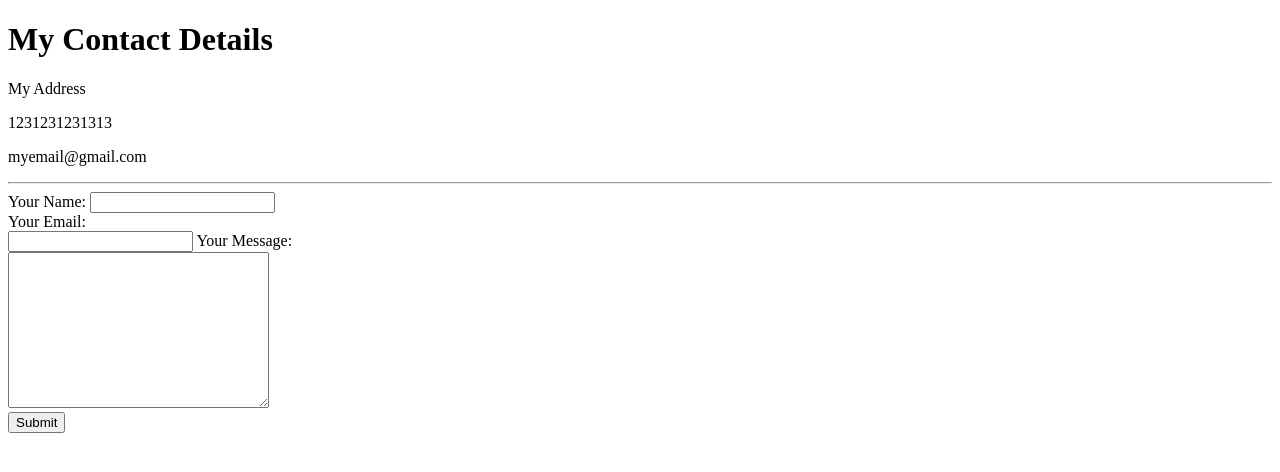
Repository: Isanderr/simple_landing_page-1
Page: contact.html
An editor plug-in stored every save of this project. The page is shown before and after the next save, followed by the edit.
The browser window is 1280 px wide. The pictures show the whole page.

Above is the page before, as saved 2019-01-29 09:49:52.

### contact.html
<!DOCTYPE html>
<html lang="en">

    <head>
        <meta charset="UTF-8">
        <meta name="viewport" content="width=device-width, initial-scale=1.0">
        <meta http-equiv="X-UA-Compatible" content="ie=edge">
        <title>ContactMe</title>
    </head>

    <body>
        <h1>My Contact Details</h1>
        <p>My Address</p>
        <p>1231231231313</p>
        <p>myemail@gmail.com</p>
        <hr>
        <form action="" class="" method="POST">
            <label>Your Name:</label>
            <input type="text"><br>
            <label for="">Your Email:</label><br>
            <input type="email">
            <label for="">Your Message:</label><br>
            <textarea name="" id="" cols="30" rows="10"></textarea><br>
            <input type="submit">
        </form>
    </body>

</html>

After the next save:
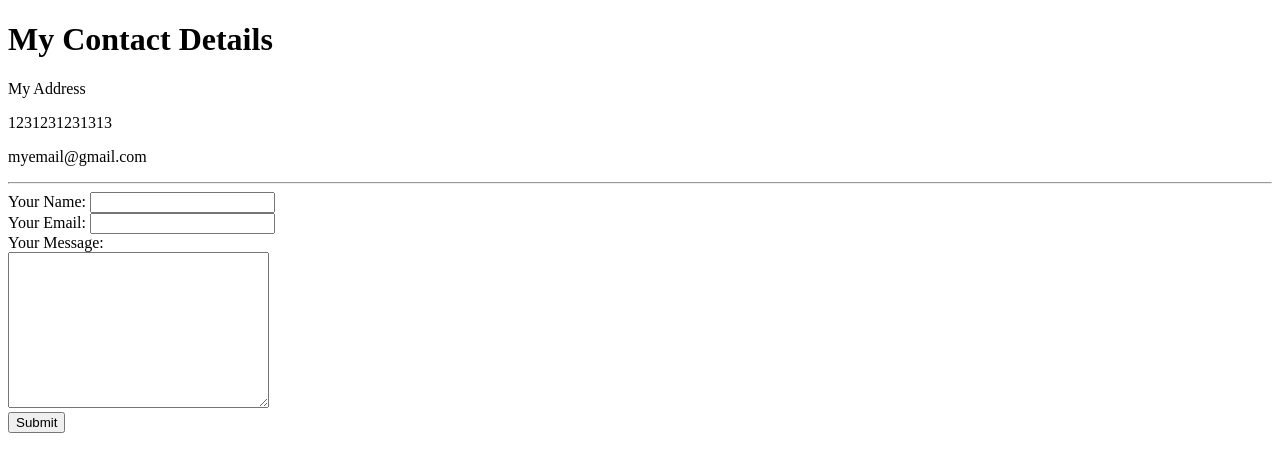
Saved 12 s later.
--- a/contact.html
+++ b/contact.html
@@ -17,8 +17,8 @@
         <form action="" class="" method="POST">
             <label>Your Name:</label>
             <input type="text"><br>
-            <label for="">Your Email:</label><br>
-            <input type="email">
+            <label for="">Your Email:</label>
+            <input type="email"><br>
             <label for="">Your Message:</label><br>
             <textarea name="" id="" cols="30" rows="10"></textarea><br>
             <input type="submit">
